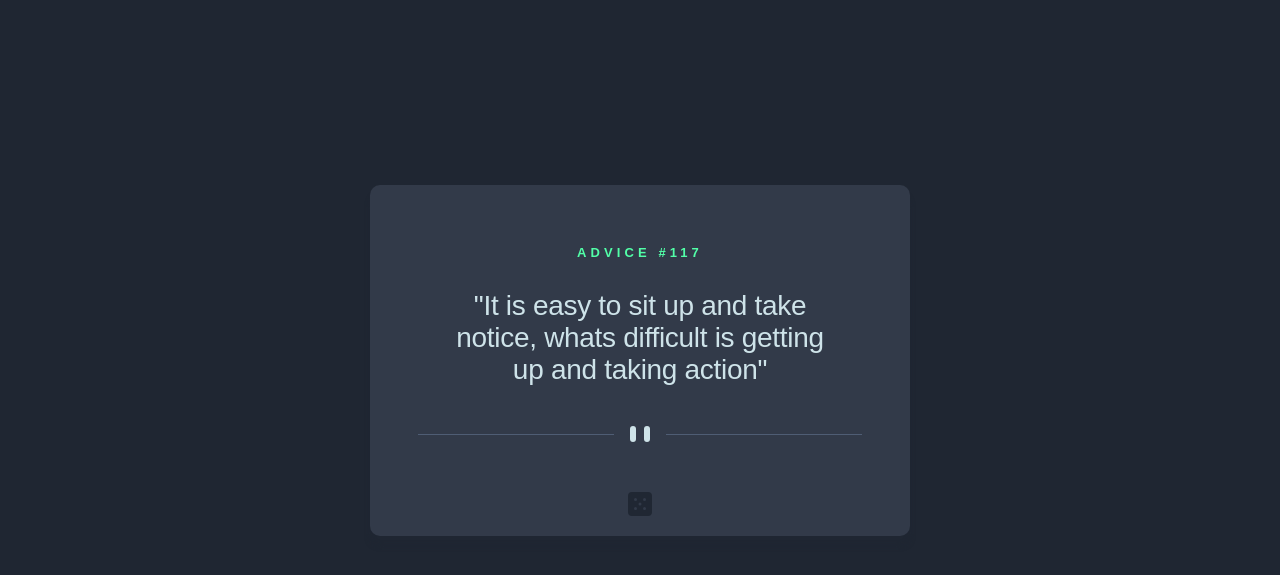
Repository: Arkitecth/advice-generator
Page: index.html
These files come from the project's save history. The page is drawn as it stood at one moment and after the next save; the edit follows.
The browser window is 1280 px wide. The pictures show the whole page.

Above is the page before, as saved 2023-07-12 17:52:12.

### index.html
<!DOCTYPE html>
<html lang="en">
<head>
  <meta charset="UTF-8">
  <meta name="viewport" content="width=device-width, initial-scale=1.0"> <!-- displays site properly based on user's device -->

  <link rel="icon" type="image/png" sizes="32x32" href="./images/favicon-32x32.png">
  <link rel="stylesheet" href="style.css">
  <title>Advice generator app</title>

</head>
<body>
  <div class="container">
    <p class="advice">Advice <span class="advice-num">#117</span></p>
    <p class="advice-text">"It is easy to sit up and take notice, whats difficult is getting up and taking action"</p>
    <img class="pattern-divider" src="images/pattern-divider-desktop.svg" alt="pattern-divider-desktop">
    <img class="dice-icon" src="images/icon-dice.svg" alt="dice-icon">
  </div>
</body>
</html>

### style.css
:root {
    --dark-blue: hsl(218, 23%, 16%);
    --dark-grayish-blue:hsl(217, 19%, 24%);
    --light-cyan:  hsl(193, 38%, 86%);
    --neon-green:hsl(150, 100%, 66%);
    --grayish-blue:hsl(217, 19%, 38%);
}
* {
    margin: 0;
    padding:0;
    box-sizing: border-box;
    font-family: 'Manrope', sans-serif;
}
@import url('https://fonts.googleapis.com/css2?family=Manrope:wght@800&display=swap');


body {
    background-color: var(--dark-blue);
    display: flex;
    height: 100vh;
    align-items: center;
}

.container {
    margin: 0 auto;
    background-color: var(--dark-grayish-blue);
    max-width: 540px;
    padding: 50px;
    border-radius: 10px;
    box-shadow: 0px 10px 5px var(--dark-blue);
    display: flex;
    flex-direction: column;
    align-items: center;
    align-content: space-around;
    justify-content: space-between;
}

.advice {
    color: var(--neon-green);
    text-transform: uppercase;
    font-weight: 800;
    letter-spacing: 4.086px;
    font-size: 0.8125rem;
    padding: 10px;
}

.advice-text {
    color: var(--light-cyan);
    text-align: center;
    font-size: 28px;
    letter-spacing: -0.3px;
    padding: 20px;
}


.pattern-divider {
    padding: 20px;
}

.dice-icon {
    transform: translateY(30px);
}

After the next save:
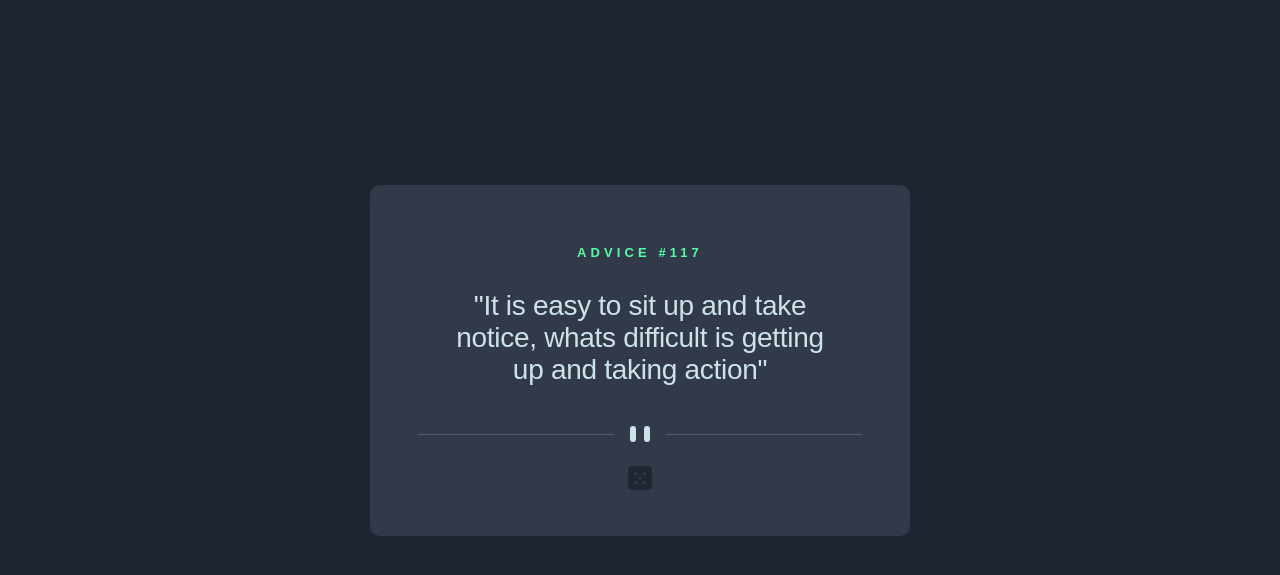
Saved 5 s later.
--- a/style.css
+++ b/style.css
@@ -58,5 +58,5 @@
 }
 
 .dice-icon {
-    transform: translateY(30px);
+    transform: translateY(4.086px);
 }
